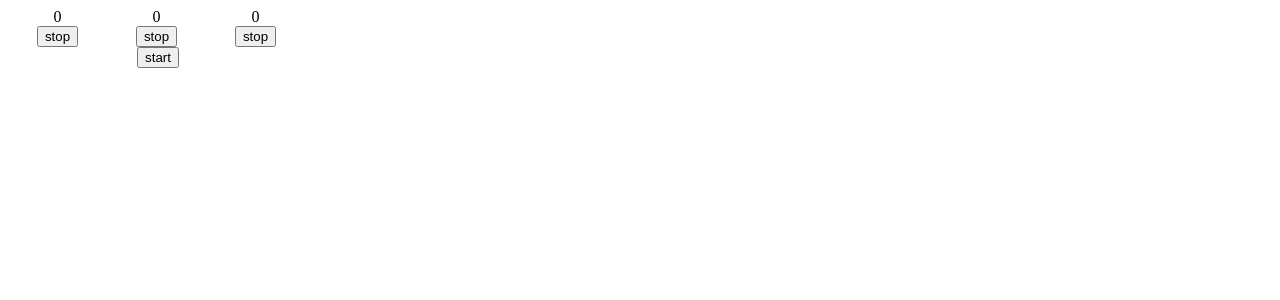
Repository: aoineco/todo-with-gamification
Page: random_reward/lab.html
An editor plug-in stored every save of this project. The page is shown before and after the next save, followed by the edit.
The browser window is 1280 px wide. The pictures show the whole page.

Above is the page before, as saved 2022-09-09 15:33:49.

### random_reward/lab.html
<!DOCTYPE html>
<html lang="en">
<head>
    <meta charset="UTF-8">
    <meta http-equiv="X-UA-Compatible" content="IE=edge">
    <meta name="viewport" content="width=device-width, initial-scale=1.0">
    <title>Document</title>
</head>
<body>
    <script>
        var carr = [{ f: false, v: 0, obj: null }, { f: false, v: 0, obj: null }, { f: false, v: 0, obj: null }];
        var nowStatus = false;
        window.addEventListener("load", function () {
            for (let i = 0; i < carr.length; i++) {
                carr[i].obj = document.getElementById("c" + (i + 1));
            }
            setInterval(interval, 20);//スロットの回転速度
        });
        function interval() {
            if (nowStatus) {
                for (let i = 0; i < carr.length; i++) {
                    if (carr[i].f) {
                        carr[i].v = (carr[i].v + 1) % 10;
                        carr[i].obj.innerHTML = carr[i].v;
                    }
                }
            }
        }
        function start() {
            if (nowStatus) { return; }//一度ストップした数字
            nowStatus = true;
            for (let i = 0; i < carr.length; i++) {
                carr[i].f = true;
            }
        }
        function stop(c) {
            if (nowStatus) {
                carr[c].f = false;
                if (!carr[0].f && !carr[1].f && !carr[2].f) {
                    nowStatus = false;
                    if (carr[0].v == carr[1].v && carr[1].v == carr[2].v) {
                        document.getElementById("char").innerHTML = "あたり";
                    } else {
                        document.getElementById("char").innerHTML = "はずれ";
                    }
                }
            }
        }
    </script>

    <style>
        .w33 {
            width: 33%;
            text-align: center;
        }

        .w100 {
            width: 100%;
            text-align: center;
        }
    </style>

    <div style="display:flex;width:300px;flex-wrap:wrap;">
        <div id="c1" class="w33">0</div>
        <div id="c2" class="w33">0</div>
        <div id="c3" class="w33">0</div>
        <div class="w33"><button onclick="stop(0)">stop</button></div>
        <div class="w33"><button onclick="stop(1)">stop</button></div>
        <div class="w33"><button onclick="stop(2)">stop</button></div>
        <div class="w100"><button onclick="start()">start</button></div>
    </div>
    <div id="char"></div>
</body>
</html>

After the next save:
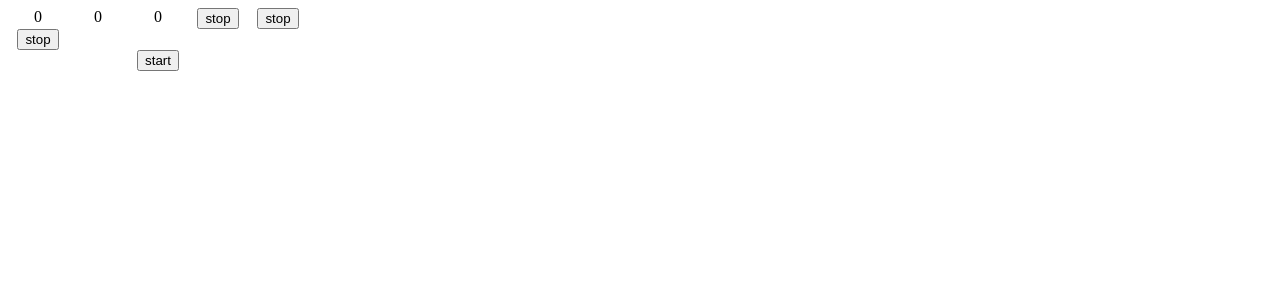
Saved 9 s later.
--- a/random_reward/lab.html
+++ b/random_reward/lab.html
@@ -50,7 +50,7 @@
 
     <style>
         .w33 {
-            width: 33%;
+            width: 20%;
             text-align: center;
         }
 

After the save that followed:
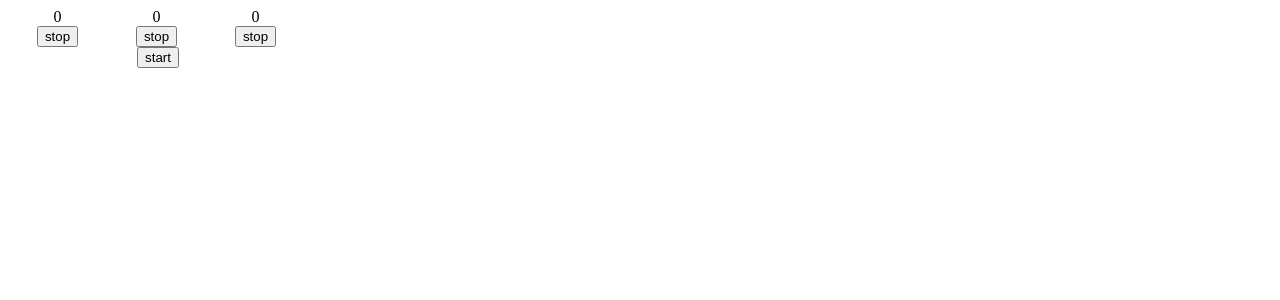
Saved 24 s later.
--- a/random_reward/lab.html
+++ b/random_reward/lab.html
@@ -50,7 +50,7 @@
 
     <style>
         .w33 {
-            width: 20%;
+            width: 33%;
             text-align: center;
         }
 
